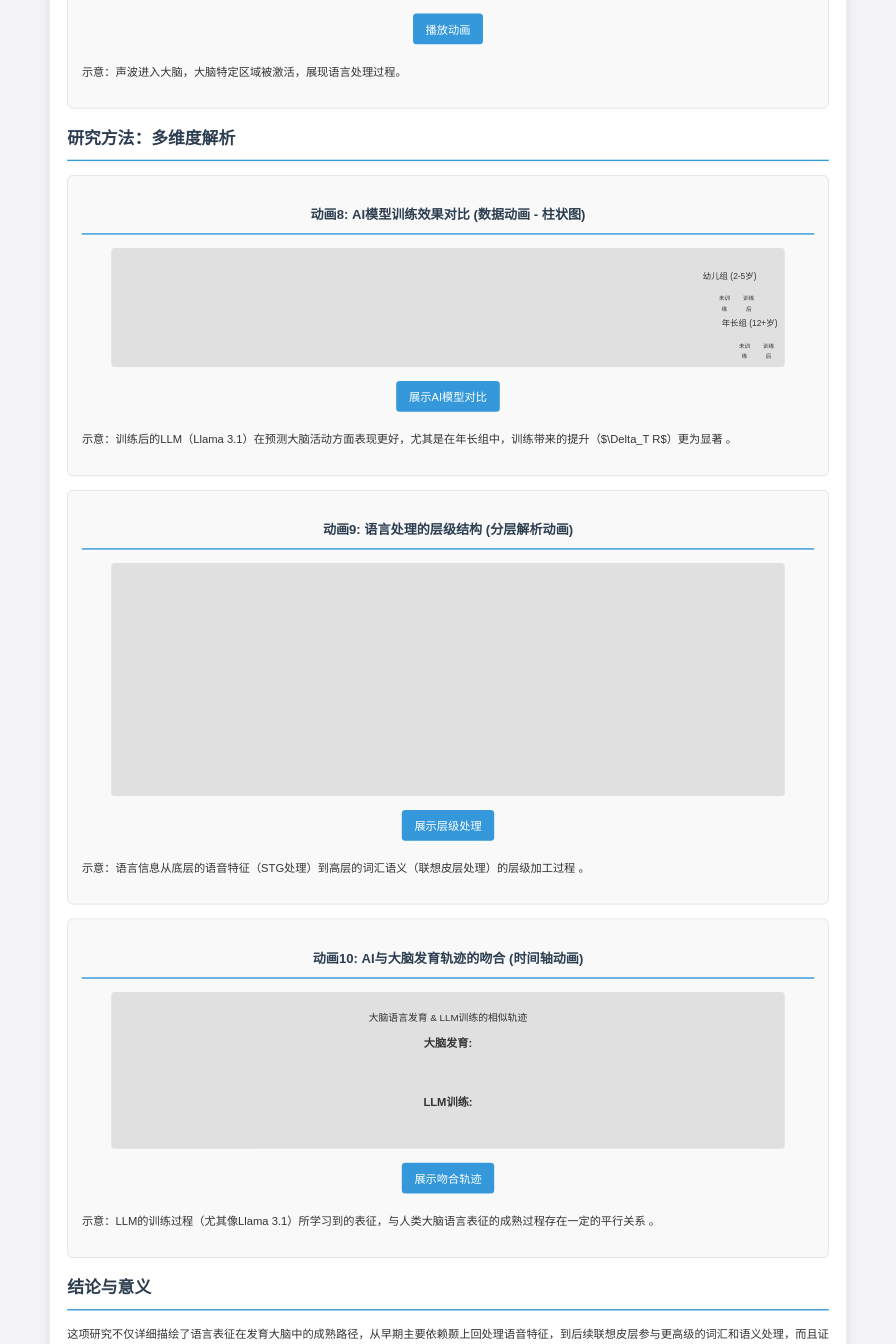
Repository: james130012/newcline
Page: useful/5.神经网络和年长大脑.html
An editor plug-in stored every save of this project. The page is shown before and after a run of saves, followed by the edit.
The browser window is 1280 px wide. The pictures show the part of the page from y = 663 to 2583 px (the page is 2703 px tall before and 2819 px after), at 70% of full size.

Above is the page before, as saved 2025-05-16 08:03:09.

### useful/5.神经网络和年长大脑.html
<!DOCTYPE html>
<html lang="zh-CN">
<head>
    <meta charset="UTF-8">
    <meta name="viewport" content="width=device-width, initial-scale=1.0">
    <title>研究解读：语言在发育中大脑的涌现</title>
    <script src="https://unpkg.com/mathjax@3/es5/tex-mml-chtml.js" id="MathJax-script" async></script>
    <style>
        body {
            font-family: 'Arial', 'Helvetica Neue', 'Microsoft YaHei', sans-serif;
            line-height: 1.8;
            margin: 0;
            padding: 0;
            background-color: #f4f4f8;
            color: #333;
        }
        .container {
            width: 85%;
            margin: 20px auto;
            padding: 25px;
            background-color: #fff;
            box-shadow: 0 0 15px rgba(0,0,0,0.1);
            border-radius: 10px;
        }
        h1, h2, h3 {
            color: #2c3e50;
            border-bottom: 2px solid #3498db;
            padding-bottom: 10px;
        }
        h1 { text-align: center; }
        p { text-align: justify; }
        .animation-container {
            border: 1px solid #ddd;
            padding: 20px;
            margin: 20px 0;
            border-radius: 8px;
            background-color: #f9f9f9;
            text-align: center;
        }
        .animation-box {
            width: 90%;
            min-height: 150px;
            background-color: #e0e0e0;
            margin: 10px auto;
            padding:10px;
            border-radius: 5px;
            display: flex;
            align-items: center;
            justify-content: center;
            flex-direction: column;
            position: relative;
            overflow: hidden;
        }
        button {
            background-color: #3498db;
            color: white;
            border: none;
            padding: 10px 18px;
            text-align: center;
            text-decoration: none;
            display: inline-block;
            font-size: 16px;
            margin: 10px 5px;
            cursor: pointer;
            border-radius: 5px;
            transition: background-color 0.3s ease;
        }
        button:hover {
            background-color: #2980b9;
        }
        .hidden { display: none; }
        .fade-in { animation: fadeIn 1s ease-in-out; }
        @keyframes fadeIn {
            from { opacity: 0; }
            to { opacity: 1; }
        }
        .brain-outline {
            width: 100px;
            height: 100px;
            background-image: url('data:[embedded picture, 957 characters]');
            background-repeat: no-repeat;
            background-position: center;
            background-size: contain;
        }
        .sound-wave {
            width: 30px;
            height: 50px;
            background-image: url('data:[embedded picture, 235 characters]');
            animation: pulse 1.5s infinite;
            opacity: 0;
        }
        @keyframes pulse {
            0%, 100% { transform: scale(1); }
            50% { transform: scale(1.2); }
        }
        @keyframes pop-in {
            from { transform: scale(0); opacity: 0; }
            to { transform: scale(1); opacity: 1; }
        }
        .bar-chart-bar {
            background-color: #3498db;
            margin: 0 5px;
            display: inline-block;
            transition: height 1s ease-in-out;
            width: 30px;
            position: relative;
        }
        .bar-label {
            position: absolute;
            bottom: -20px;
            width: 100%;
            text-align: center;
            font-size: 10px;
        }
        .process-step {
            margin: 5px;
            padding: 10px;
            border: 1px solid #ccc;
            border-radius: 4px;
            display: inline-block;
            opacity: 0;
            transform: translateX(-20px);
            transition: opacity 0.5s, transform 0.5s;
        }
        .arrow {
            font-size: 20px;
            margin: 0 10px;
            opacity: 0;
            transition: opacity 0.5s 0.3s;
        }
        .flow-box {
            padding: 15px;
            border: 2px dashed #2ecc71;
            margin:10px;
            border-radius:5px;
            width:40%;
            text-align:center;
        }
        .line-graph-point {
            width: 8px;
            height: 8px;
            border-radius: 50%;
            position: absolute;
            background-color: red;
            opacity:0;
        }
        .legend-item {
            display:inline-block;
            margin-right:15px;
            font-size:12px;
        }
        .legend-color {
            width:12px;
            height:12px;
            display:inline-block;
            margin-right:5px;
            vertical-align:middle;
        }
        .brain-region {
            position:absolute;
            border:1px solid;
            border-radius:50%;
            padding:5px;
            font-size:10px;
            text-align:center;
            transition: background-color 0.5s, transform 0.5s;
        }
        .stg {
            top:40%;
            left:20%;
            width:30px;
            height:30px;
            background-color:#f39c12;
            border-color:#d35400;
        }
        .assoc-cortex {
            top:20%;
            left:50%;
            width:50px;
            height:50px;
            background-color:#3498db;
            border-color:#2980b9;
        }
        .hier-level {
            margin: 10px;
            padding: 10px;
            background-color: #ecf0f1;
            border-radius: 4px;
            border-left: 5px solid;
            transition: transform 0.5s, opacity 0.5s;
        }
        .phoneme-level { border-color: #e74c3c; }
        .word-level { border-color: #2ecc71; }
        .timeline {
            display: flex;
            justify-content: space-between;
            margin-top:10px;
            padding: 0 10%;
        }
        .timeline-event {
            opacity: 0;
            transition: opacity 1s;
            background-color: #95a5a6;
            color:white;
            padding:5px;
            border-radius:3px;
            font-size:12px;
        }
    </style>
</head>
<body>
    <div class="container">
        <h1>研究解读：语言在发育中大脑的涌现</h1>
        <p>本文基于 Linnea Evanson 等人于2025年5月12日发表的研究《Emergence of Language in the Developing Brain》，从物理和逻辑层面探讨儿童、青少年及成人在语言发展过程中大脑神经机制的奥秘。</p>

        <h2>引言：语言习得的奇迹</h2>
        <p>儿童仅凭数百万词汇的输入便能掌握复杂的语言，这一能力令人惊叹，但其背后的大脑机制仍有许多未知。该研究通过先进的神经科学技术和计算模型，旨在揭示语言表征在不同年龄段大脑中的位置、动态及其发展层级。</p>

        <div class="animation-container">
            <h3>动画1: 研究核心探索 (概念动画)</h3>
            <div class="animation-box" id="anim1-box">
                <div class="brain-outline" id="anim1-brain"></div>
                <div class="sound-wave" id="anim1-sound" style="left: 20%;"></div>
                <div id="anim1-text" class="word-bubble hidden" style="margin-top:10px;">大脑如何处理和学习语言？</div>
            </div>
            <button onclick="playAnim1()">播放动画</button>
            <p>示意：声波进入大脑，大脑特定区域被激活，展现语言处理过程。</p>
        </div>

        <h2>研究方法：多维度解析</h2>
        <div class="animation-container">
            <h3>动画8: AI模型训练效果对比 (数据动画 - 柱状图)</h3>
            <div class="animation-box" id="anim8-box" style="display:flex; align-items:flex-end; height:120px;">
                <div style="margin-right:30px;">
                    <p style="font-size:12px; margin-bottom:5px;">幼儿组 (2-5岁)</p>
                    <div id="bar_young_untrained" class="bar-chart-bar" style="height:0px; background-color:#f1c40f; width:20px;"><span class="bar-label" style="font-size:8px;">未训练</span></div>
                    <div id="bar_young_trained" class="bar-chart-bar" style="height:0px; background-color:#e67e22; width:20px;"><span class="bar-label" style="font-size:8px;">训练后</span></div>
                </div>
                <div>
                    <p style="font-size:12px; margin-bottom:5px;">年长组 (12+岁)</p>
                    <div id="bar_old_untrained" class="bar-chart-bar" style="height:0px; background-color:#f1c40f; width:20px;"><span class="bar-label" style="font-size:8px;">未训练</span></div>
                    <div id="bar_old_trained" class="bar-chart-bar" style="height:0px; background-color:#e67e22; width:20px;"><span class="bar-label" style="font-size:8px;">训练后</span></div>
                </div>
            </div>
            <button onclick="playAnim8()">展示AI模型对比</button>
             <p>示意：训练后的LLM（Llama 3.1）在预测大脑活动方面表现更好，尤其是在年长组中，训练带来的提升（$\Delta_T R$）更为显著 。</p>
        </div>

        <div class="animation-container">
            <h3>动画9: 语言处理的层级结构 (分层解析动画)</h3>
            <div class="animation-box" id="anim9-box">
                <div id="anim9-level1" class="hier-level phoneme-level" style="opacity:0;">输入: "猫" (语音信号)</div>
                <div id="anim9-arrow1" style="font-size:24px; margin:5px 0; opacity:0;">&darr;</div>
                <div id="anim9-level2" class="hier-level phoneme-level" style="opacity:0;">初级处理 (STG): 音素 /m/, /aʊ/</div>
                <div id="anim9-arrow2" style="font-size:24px; margin:5px 0; opacity:0;">&darr;</div>
                <div id="anim9-level3" class="hier-level word-level" style="opacity:0;">高级处理 (联想皮层): 词义 "猫"</div>
            </div>
            <button onclick="playAnim9()">展示层级处理</button>
             <p>示意：语言信息从底层的语音特征（STG处理）到高层的词汇语义（联想皮层处理）的层级加工过程 。</p>
        </div>

        <div class="animation-container">
            <h3>动画10: AI与大脑发育轨迹的吻合 (时间轴动画)</h3>
            <div class="animation-box" id="anim10-box" style="flex-direction:column;">
                <p style="font-size:14px; margin-bottom:10px;">大脑语言发育 & LLM训练的相似轨迹</p>
                <div style="width:80%;">
                    <strong>大脑发育:</strong>
                    <div class="timeline">
                        <span id="anim10-brain-s1" class="timeline-event">幼儿期 (语音基础)</span>
                        <span id="anim10-brain-s2" class="timeline-event">学龄期 (词汇丰富)</span>
                        <span id="anim10-brain-s3" class="timeline-event">成年期 (高级语义)</span>
                    </div>
                </div>
                <div style="width:80%; margin-top:15px;">
                    <strong>LLM训练:</strong>
                    <div class="timeline">
                        <span id="anim10-llm-s1" class="timeline-event">早期训练 (基础模式)</span>
                        <span id="anim10-llm-s2" class="timeline-event">中期训练 (复杂结构)</span>
                        <span id="anim10-llm-s3" class="timeline-event">后期训练 (类人表征)</span>
                    </div>
                </div>
            </div>
            <button onclick="playAnim10()">展示吻合轨迹</button>
             <p>示意：LLM的训练过程（尤其像Llama 3.1）所学习到的表征，与人类大脑语言表征的成熟过程存在一定的平行关系 。</p>
        </div>

        <h2>结论与意义</h2>
         <p>这项研究不仅详细描绘了语言表征在发育大脑中的成熟路径，从早期主要依赖颞上回处理语音特征，到后续联想皮层参与更高级的词汇和语义处理，而且证明了现代AI模型是模拟和理解人类语言习得神经基础的一个极具前景的工具 。这些发现为我们理解人类独特的语言能力以及开发更类人的AI系统提供了深刻见解。</p>
    </div>

After the next 5 saves:
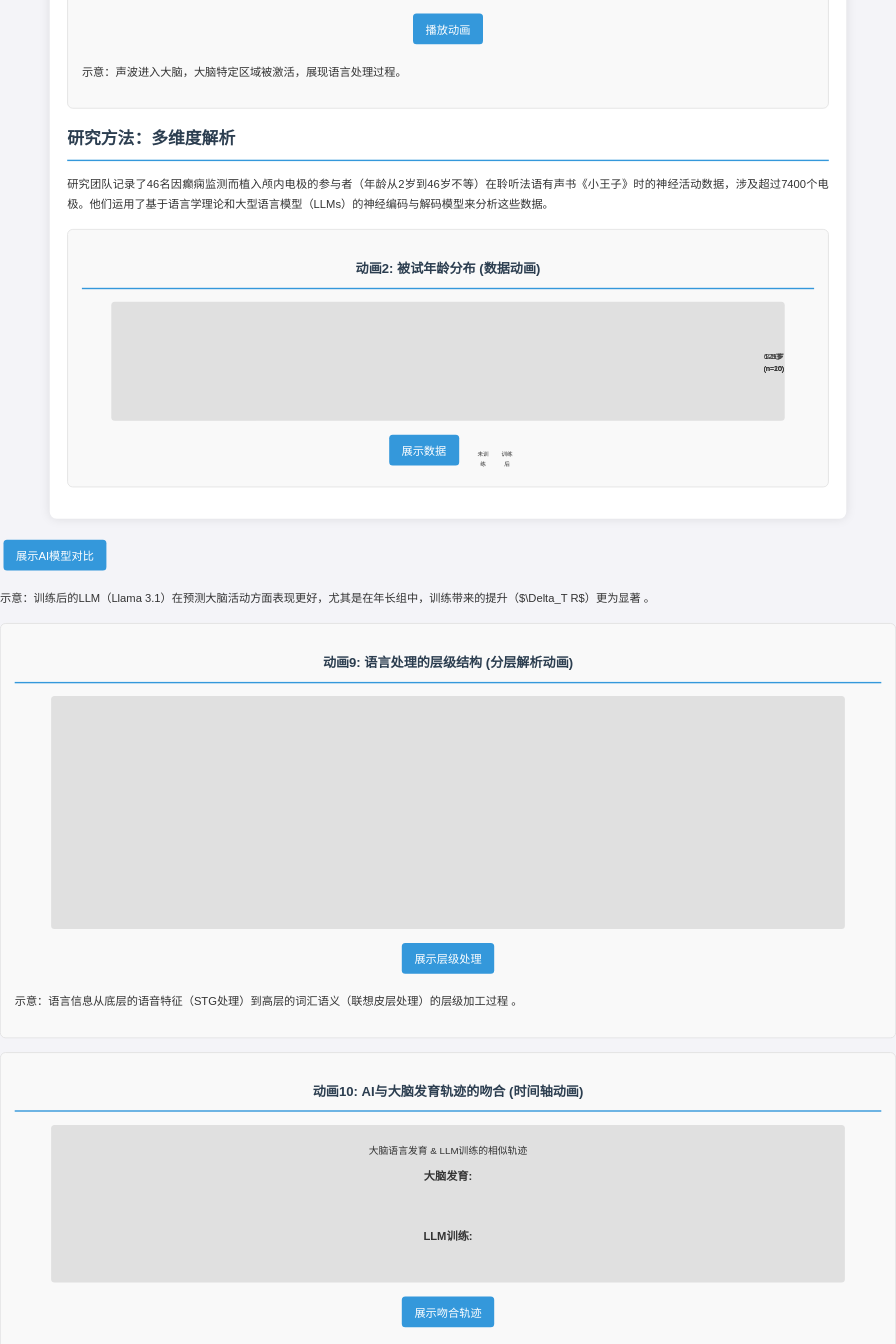
The 5 saves are shown as one change because they came seconds apart.
The last was saved 11 s later.
--- a/useful/5.神经网络和年长大脑.html
+++ b/useful/5.神经网络和年长大脑.html
@@ -228,16 +228,16 @@
         </div>
 
         <h2>研究方法：多维度解析</h2>
-        <div class="animation-container">
-            <h3>动画8: AI模型训练效果对比 (数据动画 - 柱状图)</h3>
-            <div class="animation-box" id="anim8-box" style="display:flex; align-items:flex-end; height:120px;">
-                <div style="margin-right:30px;">
-                    <p style="font-size:12px; margin-bottom:5px;">幼儿组 (2-5岁)</p>
-                    <div id="bar_young_untrained" class="bar-chart-bar" style="height:0px; background-color:#f1c40f; width:20px;"><span class="bar-label" style="font-size:8px;">未训练</span></div>
-                    <div id="bar_young_trained" class="bar-chart-bar" style="height:0px; background-color:#e67e22; width:20px;"><span class="bar-label" style="font-size:8px;">训练后</span></div>
-                </div>
-                <div>
-                    <p style="font-size:12px; margin-bottom:5px;">年长组 (12+岁)</p>
+        <p>研究团队记录了46名因癫痫监测而植入颅内电极的参与者（年龄从2岁到46岁不等）在聆听法语有声书《小王子》时的神经活动数据，涉及超过7400个电极。他们运用了基于语言学理论和大型语言模型（LLMs）的神经编码与解码模型来分析这些数据。</p>
+
+        <div class="animation-container">
+            <h3>动画2: 被试年龄分布 (数据动画)</h3>
+            <div class="animation-box" id="anim2-box" style="display:flex; align-items:flex-end; height:120px;">
+                <div id="bar_2_5" class="bar-chart-bar" style="height:0px; background-color:#1abc9c;"><span class="bar-label">2-5岁 (n=10)</span></div>
+                <div id="bar_6_11" class="bar-chart-bar" style="height:0px; background-color:#3498db;"><span class="bar-label">6-11岁 (n=16)</span></div>
+                <div id="bar_12_plus" class="bar-chart-bar" style="height:0px; background-color:#9b59b6;"><span class="bar-label">12+岁 (n=20)</span></div>
+            </div>
+            <button onclick="playAnim2()">展示数据</button>
                     <div id="bar_old_untrained" class="bar-chart-bar" style="height:0px; background-color:#f1c40f; width:20px;"><span class="bar-label" style="font-size:8px;">未训练</span></div>
                     <div id="bar_old_trained" class="bar-chart-bar" style="height:0px; background-color:#e67e22; width:20px;"><span class="bar-label" style="font-size:8px;">训练后</span></div>
                 </div>
